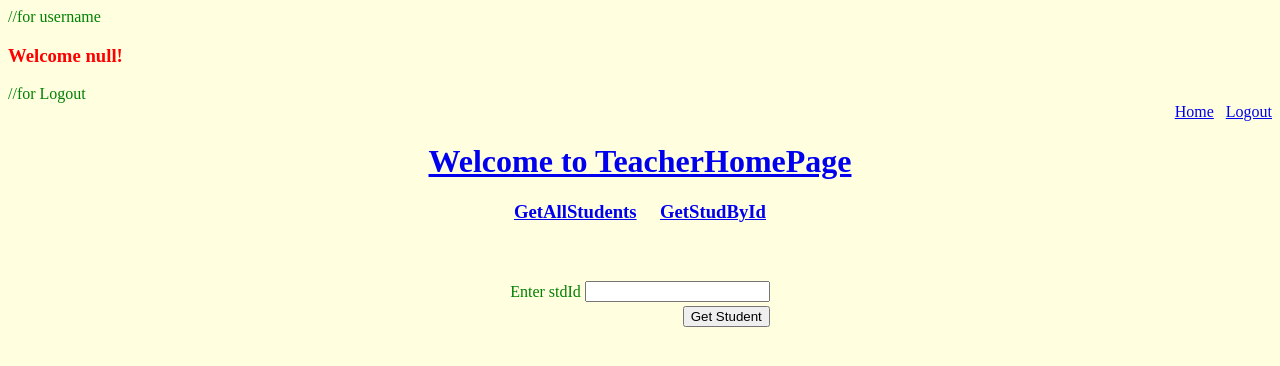
Repository: rajeshyadav3/Student
Page: http://localhost/StudWebApp/GetStudById.jsp
An editor plug-in stored every save of this project. The page is shown before and after the next save, followed by the edit.
The browser window is 1280 px wide. The pictures show the whole page.
The page is served by Tomcat 9.

Above is the page before, as saved 2024-01-16 17:16:49.

After the next save:
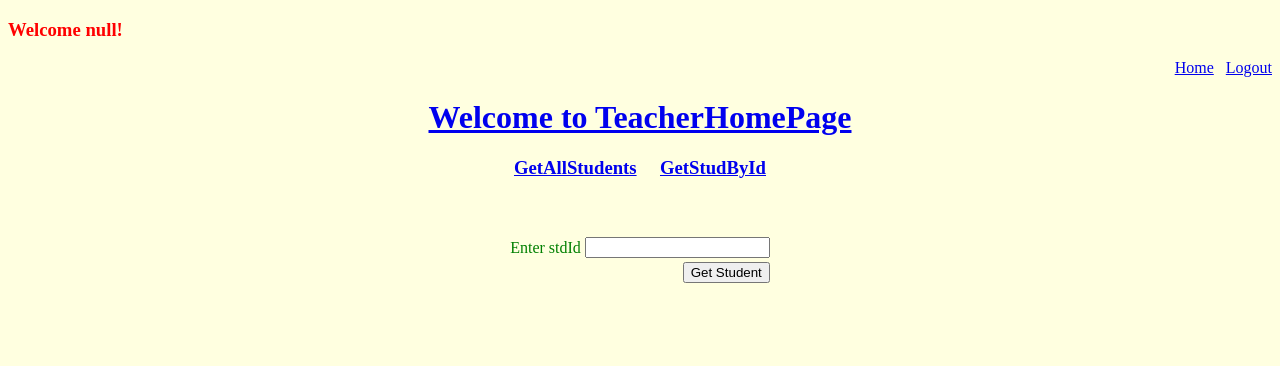
Saved 25 s later.
--- a/Advjava assgnment/workspace2/StudWebApp/WebContent/TeacherHomePage.jsp
+++ b/Advjava assgnment/workspace2/StudWebApp/WebContent/TeacherHomePage.jsp
@@ -9,12 +9,12 @@
 <body bgcolor='lightyellow' text='green'>
 
 		<% String emailId = (String) session.getAttribute("emailId"); %>
-		//for username
+
 		<h3 style='color:red;'>Welcome <%= emailId %>!</h3>
 
-		//for Logout
+
 		<form align='right'>
-		<a href='TeacherHomePage'>Home</a> &nbsp;
+		<a href='TeacherHomePage.jsp'>Home</a> &nbsp;
 		<a href='Logout'>Logout</>
 		<form>
 
